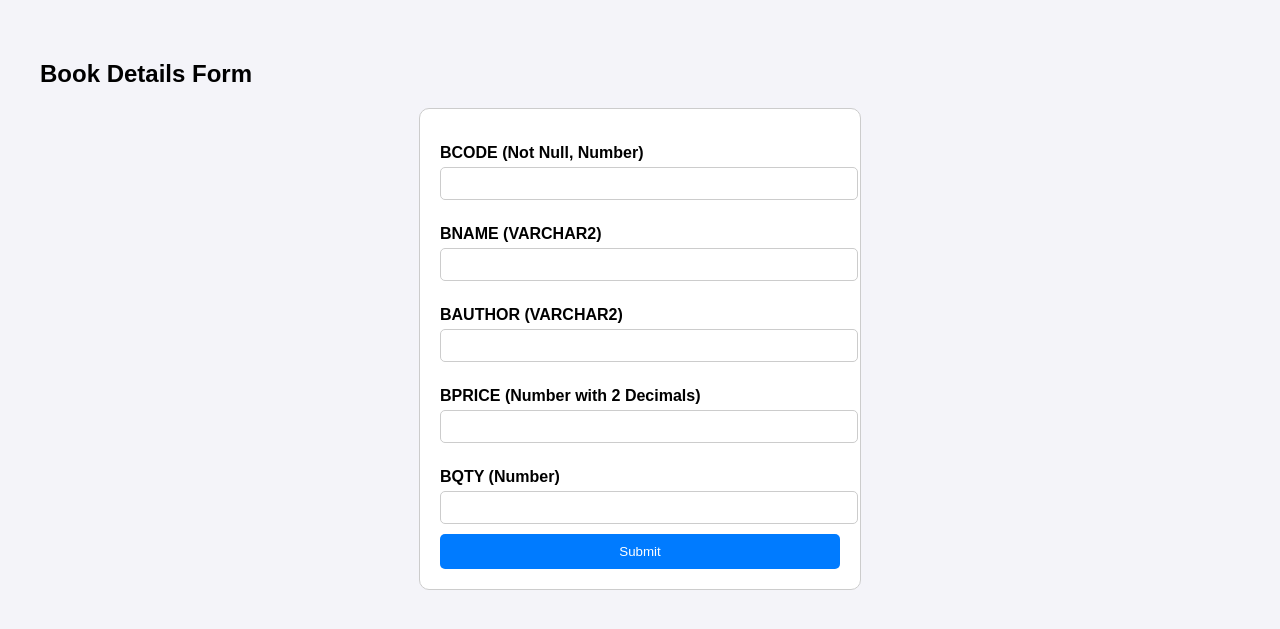
Repository: GokulLade/WebApps_with_Servlets_JSP
Page: 02_ReadDisplayBookDetails/src/main/webapp/index.html
An editor plug-in stored every save of this project. The page is shown before and after the next save, followed by the edit.
The browser window is 1280 px wide. The pictures show the whole page.

Above is the page before, as saved 2024-11-30 11:01:06.

After the next save:
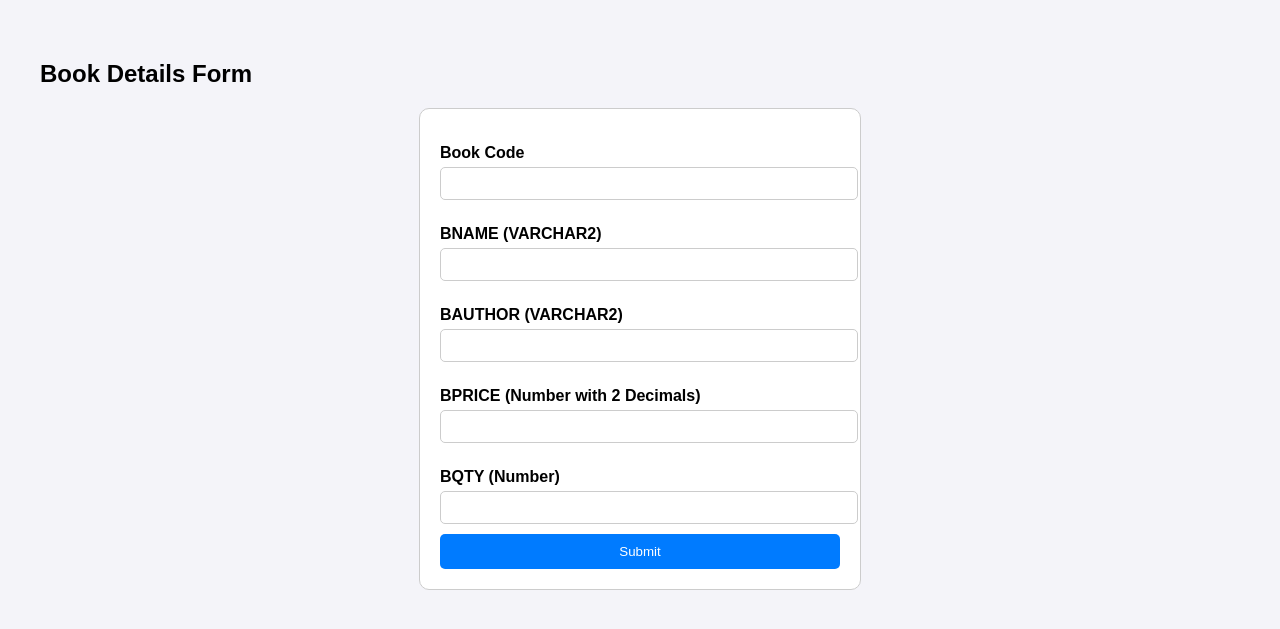
Saved 12 s later.
--- a/02_ReadDisplayBookDetails/src/main/webapp/index.html
+++ b/02_ReadDisplayBookDetails/src/main/webapp/index.html
@@ -49,7 +49,7 @@
 <body>
     <h2>Book Details Form</h2>
     <form action="display" method="POST">
-        <label for="bcode">BCODE (Not Null, Number)</label>
+        <label for="bcode">Book Code</label>
         <input type="number" id="bcode" name="bcode" required>
 
         <label for="bname">BNAME (VARCHAR2)</label>
